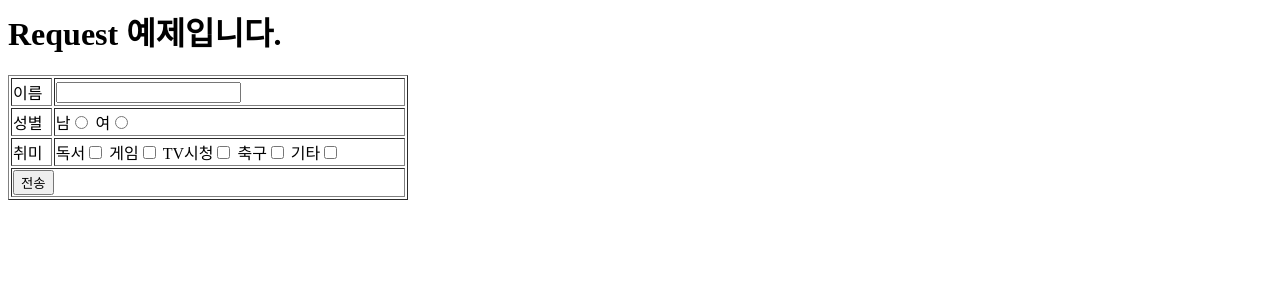
Repository: hyeri-seo/JSP
Page: http://localhost/JspExam5/requestTest1_From.jsp
An editor plug-in stored every save of this project. The page is shown before and after the next save, followed by the edit.
The browser window is 1280 px wide. The pictures show the whole page.
The page is served by Tomcat 9.

Above is the page before, as saved 2023-09-20 05:04:38.

After the next save:
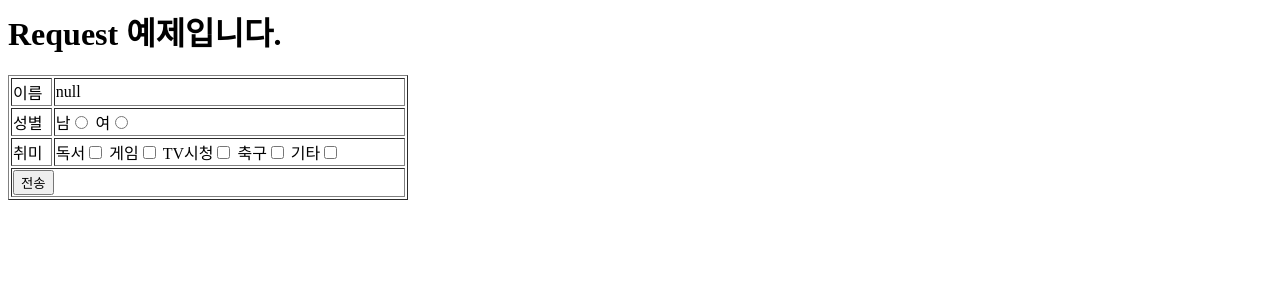
Saved 43 s later.
--- a/JspExam5/src/main/webapp/requestTest1_From.jsp
+++ b/JspExam5/src/main/webapp/requestTest1_From.jsp
@@ -10,7 +10,7 @@
 <table border="1" width="400px">
 	<tr>
 		<td>이름</td>
-		<td><input type="text" name="name"></td>
+		<td><%=request.getParameter("name") %></td>
 	</tr>
 	<tr>
 		<td>성별</td>
